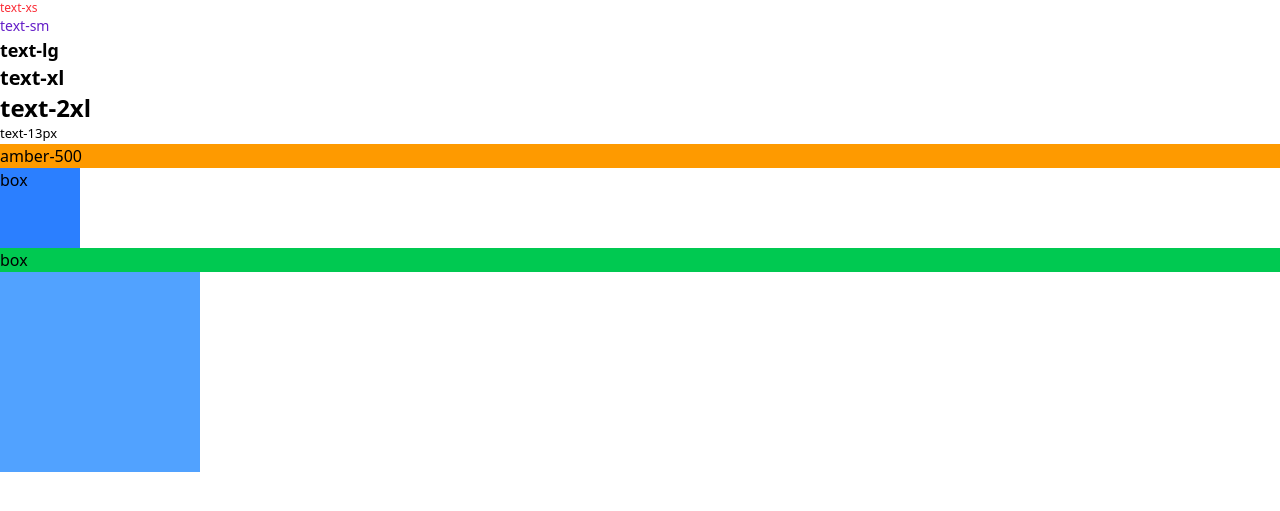
Repository: kkhhjjoo/onebite-tailwind
Page: /
The author's editor kept a copy of each file at every save. The page is drawn from the files as they stood at one save, then again after the next save.
The browser window is 1280 px wide. The pictures show the whole page.
The project was rebuilt for these pictures with package versions that can differ from the ones it lists, and the page was loaded fresh each time. Also part of the build but not shown: vite.config.ts, src/App.css.

Above is the page before, as saved 2025-12-24 19:46:45.

After the next save:
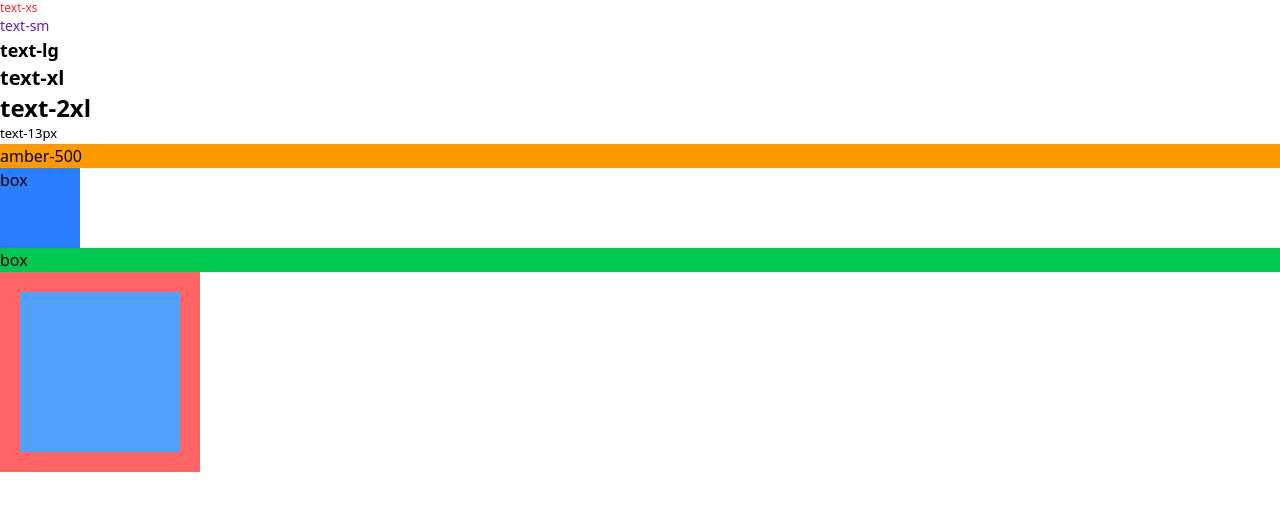
Saved 37 s later.
--- a/src/App.tsx
+++ b/src/App.tsx
@@ -19,7 +19,7 @@ function App() {
       <div className="w-full bg-green-500">box</div>
 
       {/* 4. 여백 */}
-      <div className="h-50 w-50 bg-red-400">
+      <div className="h-50 w-50 bg-red-400 p-5">
         <div className="h-full w-full bg-blue-400"></div>
       </div>
     </div>
